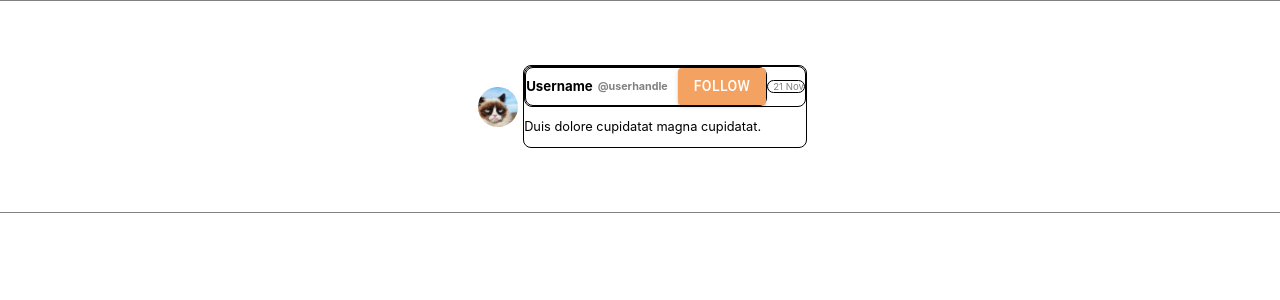
Repository: SeanHLam/comp_orange_client
Page: /comps/tweet (app in orangeapp/)
An editor plug-in stored every save of this project. The page is shown before and after the next save, followed by the edit.
The browser window is 1280 px wide. The pictures show the whole page.
The project was rebuilt for these pictures with package versions that can differ from the ones it lists, and the page was loaded fresh each time. The framework's server and built-in components were replaced by stand-ins that run in the browser. Also part of the build but not shown: orangeapp/next.config.js.

Above is the page before, as saved 2022-11-21 15:55:52.

### orangeapp/pages/comps/tweet.js
import React from 'react'
import { FlexBox } from '../../styles/globals'
import { Avatar, Button, Grid } from '@mui/material'

export default function TweetComp() {
  return (
    <FlexBox
        style={{
            width: '100%',
            borderRadius: 0,
            border: 'solid grey .5px',
            borderRightWidth: 0,
            borderLeftWidth:0
        }}
    >
{/* Avatar Area */}
      <Grid item xs={2}>
        <Avatar
            style={{
                marginRight: 0
            }}
            src='/static/grumpycat.jpeg'></Avatar>
      </Grid>
{/* username, handle, date and tweet area */}
      <Grid item xs={10}>
        <FlexBox dir='column'
            style={{
                width: '100%',
                padding: 0,
                marginLeft: 5
            }}>
            <FlexBox
                style={{
                    width: '100%',
                    padding: 0,
                    justifyContent: 'flex-start'
                }}>
{/* Div for username, handle and date */}
                <FlexBox
                 style={{
                    width: '100%',
                    padding: 0,
                    justifyContent: 'flex-start'
                }}
                >
                {/* Username */}
                <h5
                    style={{
                        padding:0,
                        margin: 0
                    }}
                >Username</h5>
                {/* Userhandle */}
                <h6
                 style={{
                    padding:0,
                    margin: 0,
                    marginLeft: 5,
                    color: 'grey'
                }}>@userhandle</h6>
                <Button
                    variant="contained"
                    style={{
                        backgroundColor: '#f4a261',
                        width: "fit-content",
                        height: "50%",
                        marginLeft: 10
                    }}
                >Follow</Button>
                </FlexBox>
                <FlexBox
                     style={{
                        width: '100%',
                        padding: 0,
                        justifyContent: 'flex-end'
                    }}
                >
                     {/* Date */}
                    <p
                    style={{
                        padding:0,
                        margin: 0,
                        fontSize: '.6em',
                        color: 'grey',
                    }}>21 Nov</p>
                </FlexBox>
            </FlexBox>
            <p
                style={{
                    fontSize: '.8em',
                    alignSelf: 'flex-start',
                }}
            >Duis dolore cupidatat magna cupidatat.</p>
        </FlexBox>
      </Grid>
    </FlexBox>
  )
}

### orangeapp/styles/globals.js
import styled from 'styled-components';

// Reusuable Flexbox div
export const FlexBox = styled.div`
justify-content:center;
align-items:center;
border-radius: .5em;
display:flex;
flex-direction:${props=>props.dir || "row"};
background-color:${props=>props.color || "white"};
color: black;
opacity: 1;
padding: 5%;
border: 1px solid black;
`

// Reusuable Wrapper for all the pages
export const Wrapper = styled.div`
width:80%;
height:100%;
display:flex;
justify-content:center;
align-items:flex-start;
padding: 5%;
background-color: #F8C8A0;
`
// Reusuable Background for all the pages
export const BackGround = styled.div`
width:100vw;
height:100vh;
display:flex;
justify-content:center;
align-items:center;
background-color:#f4a261;
`

Loaded but not shown: orangeapp/pages/_app.js (common file); orangeapp/styles/globals.css (common file)

After the next save:
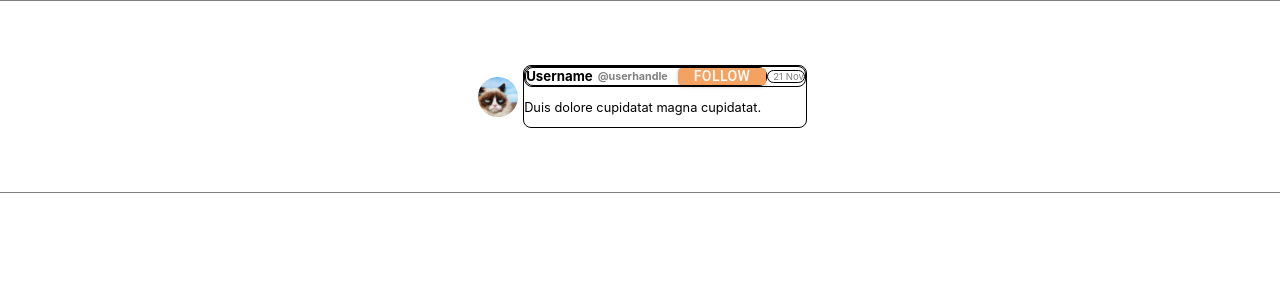
Saved 43 s later.
--- a/orangeapp/pages/comps/tweet.js
+++ b/orangeapp/pages/comps/tweet.js
@@ -63,7 +63,7 @@ export default function TweetComp() {
                     style={{
                         backgroundColor: '#f4a261',
                         width: "fit-content",
-                        height: "50%",
+                        height: "1.2em",
                         marginLeft: 10
                     }}
                 >Follow</Button>
